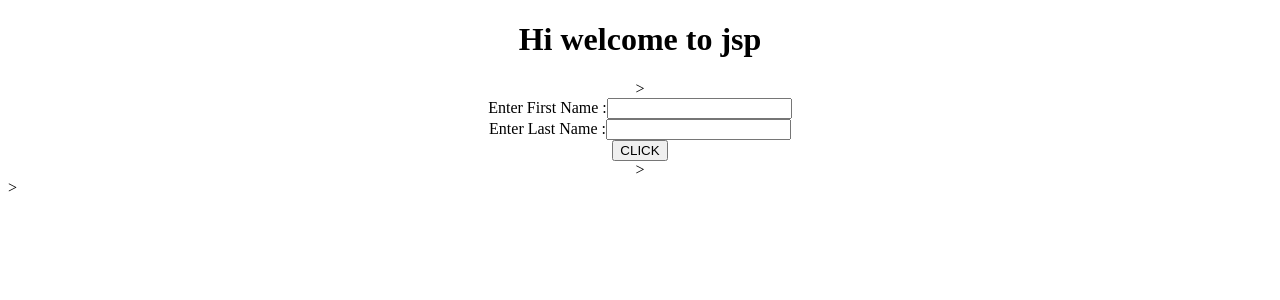
Repository: Surajkande2001/IGTSolution
Page: http://localhost/WebJSP3/Demo.jsp
An editor plug-in stored every save of this project. The page is shown before and after the next save, followed by the edit.
The browser window is 1280 px wide. The pictures show the whole page.
The page is served by Tomcat 9.

Above is the page before, as saved 2023-06-30 09:46:29.

After the next save:
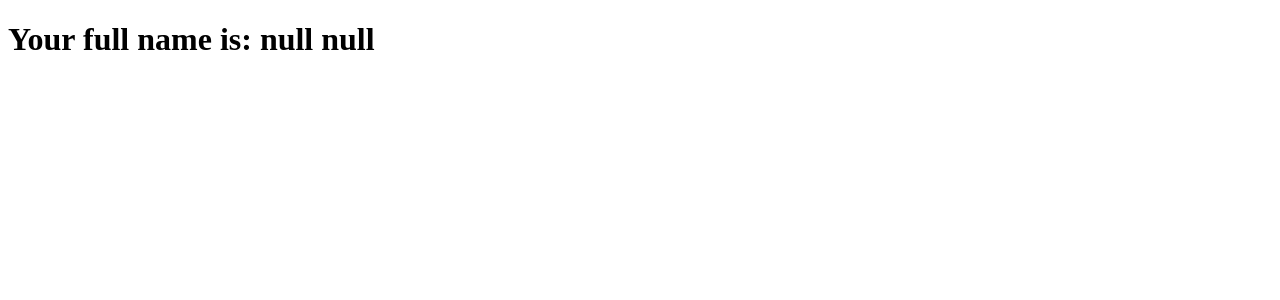
Saved 63 s later.
--- a/WebJSP3/src/main/webapp/Demo.jsp
+++ b/WebJSP3/src/main/webapp/Demo.jsp
@@ -1,27 +1,32 @@
-<%@ page language="java" contentType="text/html; charset=ISO-8859-1"
-    pageEncoding="ISO-8859-1"%>
+<%@ page language="java" contentType="text/html; charset=ISO-8859-1" pageEncoding="ISO-8859-1"%>
 <!DOCTYPE html>
 <html>
+
+
+
 <head>
 <meta charset="ISO-8859-1">
 <title>Insert title here</title>
 </head>
-<body>
-<div style = "text-align: center;">
-  <h1> Hi welcome to jsp </h1>>
-  <form action = "Demo.jsp">
-
-
-  Enter First Name :<input type = "text" name = "fname"><br>
-  Enter Last Name :<input type = "text" name = "lname"><br>
-
-  <input type = "submit" value = "CLICK">
-
-  </form>>
-  </div>>
 
 
 
+<body>
+<%!
+        String fname;
+        String lname;
+        String fullname;
+    %>
 
+<%
+        fname = request.getParameter("fname");
+        lname = request.getParameter("lname");
+        fullname = fname + " " + lname;
+    %>
+
+<h1>Your full name is: <%= fullname %></h1>
 </body>
+
+
+
 </html>
